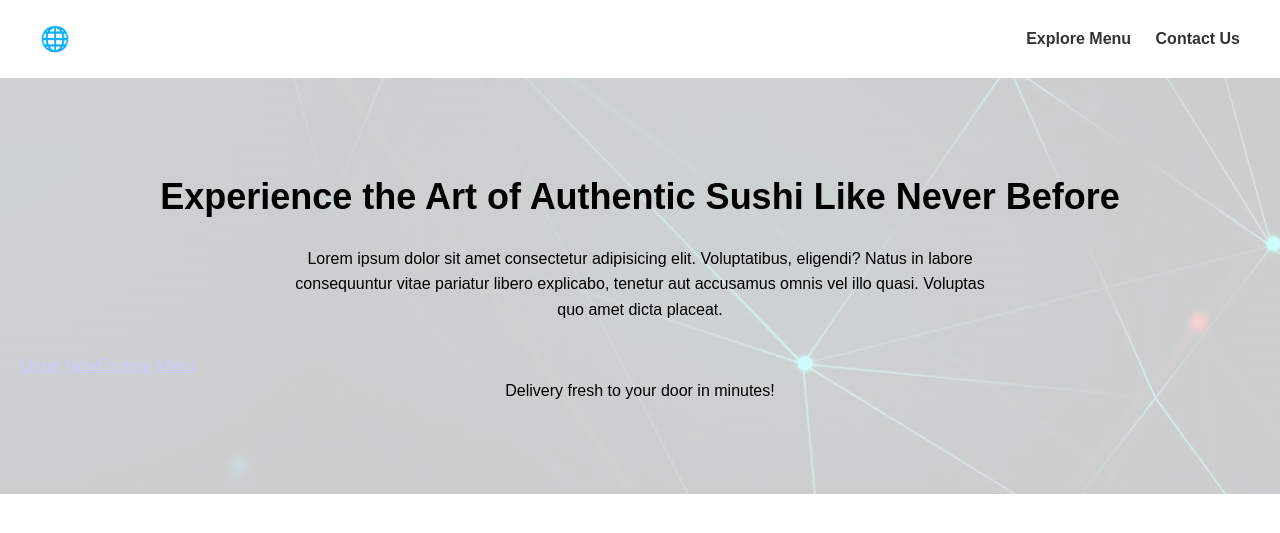
Repository: Femi007-gh/experience
Page: index.html
An editor plug-in stored every save of this project. The page is shown before and after a run of saves, followed by the edit.
The browser window is 1280 px wide. The pictures show the whole page.

Above is the page before, as saved 2025-01-16 06:55:38.

### index.html
<html>
  <head>
    <title></title>
    <link rel="stylesheet" href="style.css">
  </head>
  <body>
    <header>
      <div class="logo">🌐</div>
      <nav>
        <a href="#">Explore Menu</a>
        <a href="#">Contact Us</a>
      </nav>
    </header>
    <main>
      <section class="hero">
        <h1>Experience the Art of Authentic Sushi Like Never Before</h1>
        <p>Lorem ipsum dolor sit amet consectetur adipisicing elit. Voluptatibus, eligendi? Natus in labore consequuntur vitae pariatur libero explicabo, tenetur aut accusamus omnis vel illo quasi. Voluptas quo amet dicta placeat.</p>
        <div class="cta-buttons">
          <a href="#" class="btn-primary">Order Now</a>
          <a href="#" class="btn-secondary">Explore Menu</a>
        </div>
        <p class="delivery-info">Delivery fresh to your door in minutes!</p>
      </section>
    </main>
  </body>
</html>

### style.css
/* body or * */
body {
  padding: 0;
  margin: 0;
  background-color: white;
  font-family: Arial, Helvetica, sans-serif;
  line-height: 1.6;
}

header {
  display: flex;
  justify-content: space-between;
  align-items: center;
  padding: 20px 40px;
  background-color: #fff;
}

header .logo {
  font-size: 24px;
}

header nav a {
  text-decoration: none;
  margin-left: 20px;
  color: #333;
  font-weight: 600;
}

header nav a:hover {
  color: #0077b6;
}

.hero {
  text-align: center;
  padding: 60px 20px;
  background: #fff url('ART.jpg') no-repeat center;
  background-size: cover;
  position: relative;
}

.hero::before {
  content: "";
  position: absolute;
  top: 0;
  left: 0;
  width: 100%;
  height: 100%;
  background-color: rgba(255, 255, 255, 0.8);
}

.hero h1 {
  font-size: 36px;
  font-weight: 700;
  position: relative;
  margin-bottom: 20px;
}

.hero p {
  max-width: 700px;
  margin: 0 auto 30px;
  position: relative;
}

.cta-buttons {
  display: flex;
  justify
}

After the next 7 saves:
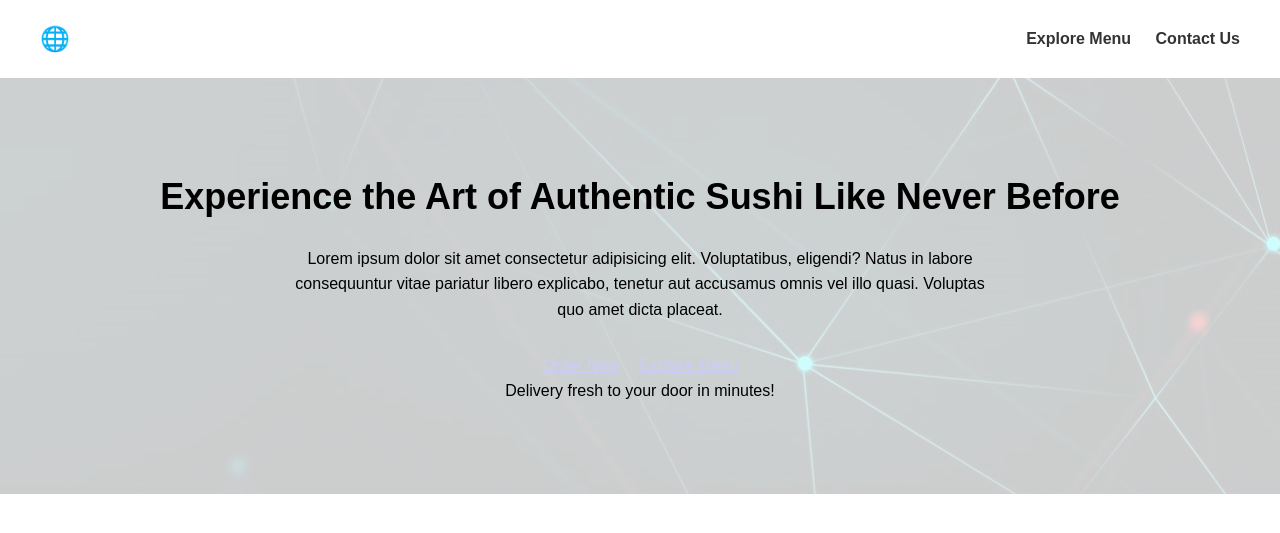
The 7 saves are shown as one change because they came seconds apart.
The last was saved 17 s later.
--- a/style.css
+++ b/style.css
@@ -63,5 +63,6 @@ header nav a:hover {
 
 .cta-buttons {
   display: flex;
-  justify
+  justify-content: center;
+  gap: 20px;
 }
